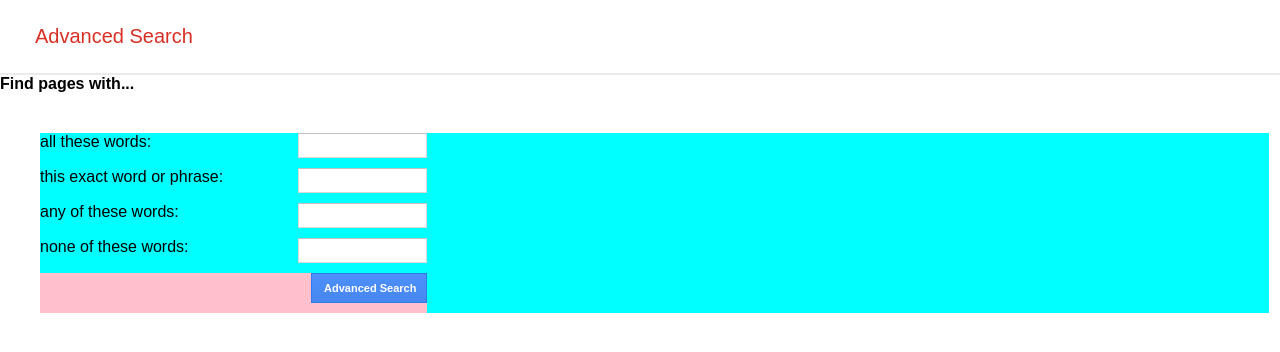
Repository: etentuk/search
Page: advanced_search.html
The author's editor kept a copy of each file at every save. The page is drawn from the files as they stood at one save, then again after the next save.
The browser window is 1280 px wide. The pictures show the whole page.

Above is the page before, as saved 2021-11-05 16:19:45.

After the next save:
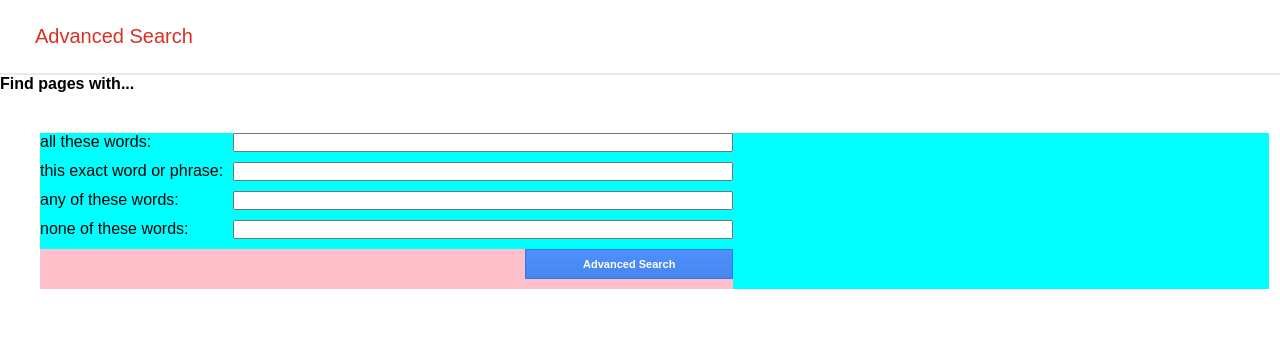
Saved 60 s later.
--- a/advanced_search.html
+++ b/advanced_search.html
@@ -13,6 +13,8 @@
         .form-content .form-label {
             width: 100%
         }
+
+        .form-
 
         .form-input input {
             border-radius: 1px;

After the 2 saves that followed:
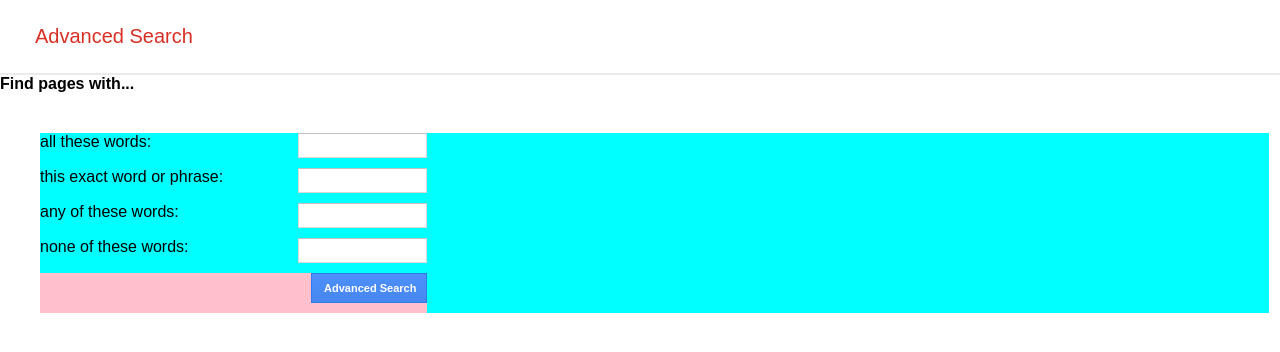
The 2 saves are shown as one change because 1 left the picture as it was.
The last was saved 14 s later.
--- a/advanced_search.html
+++ b/advanced_search.html
@@ -14,7 +14,9 @@
             width: 100%
         }
 
-        .form-
+        .form-input {
+
+        }
 
         .form-input input {
             border-radius: 1px;
